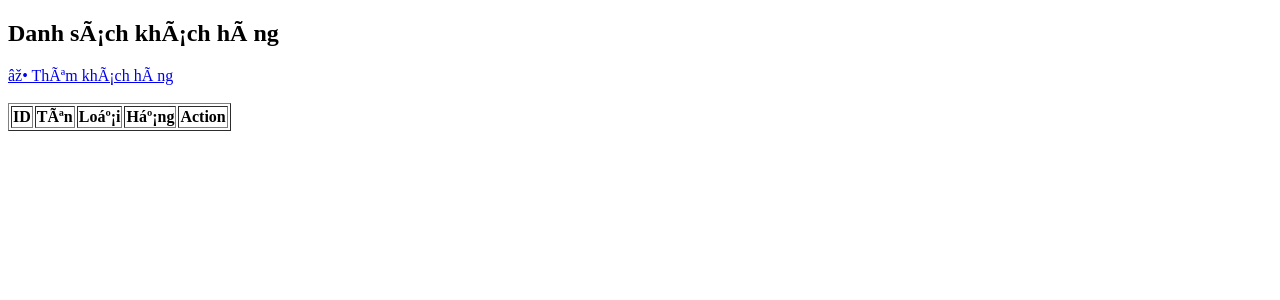
Repository: NguyenPro77/Epic-2-Qu-n-l-Kh-ch-h-ng-Customers---B2B-B2C-
Page: http://localhost/CRM_LEADS_MVC/leads
These files come from the project's save history. The page is drawn as it stood at one moment and after the next save; the edit follows.
The browser window is 1280 px wide. The pictures show the whole page.
The page is served by Tomcat 10. Queries for data that is not in the repository find no rows.

Above is the page before, as saved 2026-04-08 18:21:19.

After the next save:
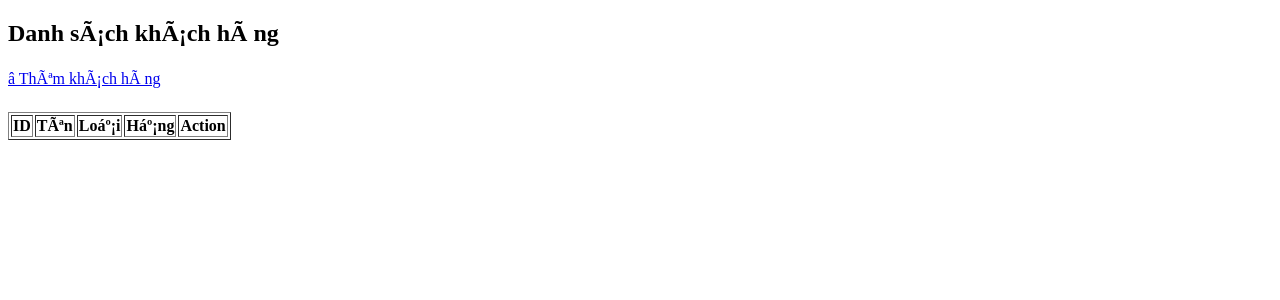
Saved 18 min 27 s later.
--- a/CRM_LEADS_MVC/src/main/java/com/crm/controller/LeadServlet.java
+++ b/CRM_LEADS_MVC/src/main/java/com/crm/controller/LeadServlet.java
@@ -10,6 +10,7 @@ import com.crm.model.Lead;
 
 @WebServlet("/leads")
 public class LeadServlet extends HttpServlet {
+    private static final long serialVersionUID = 1L; // thêm luôn cho sạch warning
     private LeadDAO dao;
 
     public void init() {
@@ -18,6 +19,10 @@ public class LeadServlet extends HttpServlet {
 
     protected void doGet(HttpServletRequest request, HttpServletResponse response)
             throws ServletException, IOException {
+
+        // ✅ FIX FONT
+        request.setCharacterEncoding("UTF-8");
+        response.setContentType("text/html;charset=UTF-8");
 
         String action = request.getParameter("action");
 
@@ -36,6 +41,16 @@ public class LeadServlet extends HttpServlet {
         } catch (Exception e) {
             e.printStackTrace();
         }
+    }
+
+    protected void doPost(HttpServletRequest request, HttpServletResponse response)
+            throws ServletException, IOException {
+
+        // ✅ FIX FONT (bắt buộc cho form submit)
+        request.setCharacterEncoding("UTF-8");
+        response.setContentType("text/html;charset=UTF-8");
+
+        doGet(request, response);
     }
 
     private void insert(HttpServletRequest request, HttpServletResponse response)
